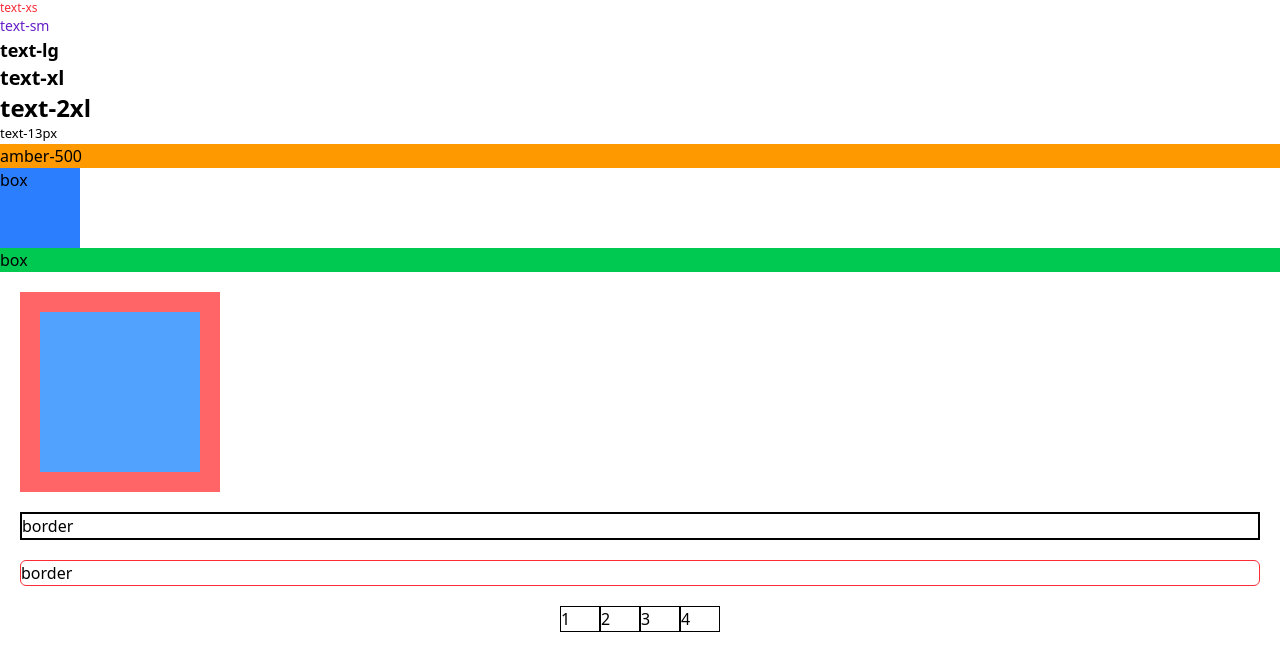
Repository: kkhhjjoo/onebite-tailwind
Page: /
The author's editor kept a copy of each file at every save. The page is drawn from the files as they stood at one save, then again after the next save.
The browser window is 1280 px wide. The pictures show the whole page.
The project was rebuilt for these pictures with package versions that can differ from the ones it lists, and the page was loaded fresh each time. Also part of the build but not shown: vite.config.ts, src/App.css.

Above is the page before, as saved 2025-12-24 20:03:24.

### src/main.tsx
import { createRoot } from 'react-dom/client'
import './index.css'
import App from './App.tsx'

createRoot(document.getElementById('root')!).render(<App />);

### src/App.tsx
import "./App.css";

function App() {
  return (
    <div>
      {/* 1. 타이포그래프 */}
      <div className="text-xs text-red-500">text-xs</div>
      <div className="text-sm text-[rgb(100,30,200)]">text-sm</div>
      <div className="text-lg font-bold">text-lg</div>
      <div className="text-xl font-extrabold">text-xl</div>
      <div className="text-2xl font-black">text-2xl</div>
      <div className="text-[13px]">text-13px</div>

      {/* 2. 백그라운드 컬러 */}
      <div className="bg-amber-500">amber-500</div>

      {/* 3. 사이즈 */}
      <div className="h-20 w-20 bg-blue-500">box</div>
      <div className="w-full bg-green-500">box</div>

      {/* 4. 여백 */}
      {/* <div className="h-50 w-50 bg-red-400 pt-5 pr-5 pb-5 pl-5"> */}
      <div className="m-5 h-50 w-50 bg-red-400 px-5 py-5">
        <div className="h-full w-full bg-blue-400"></div>
      </div>

      {/* 5. 보더 */}
      <div className="m-5 border-x-2 border-y-2">border</div>
      <div className="m-5 rounded-md border-t border-r border-b border-l border-red-500">
        border
      </div>

      {/* 6. 플렉스 컨테이너 */}
      <div className="flex justify-center">
        <div className="w-10 border">1</div>
        <div className="w-10 border">2</div>
        <div className="w-10 border">3</div>
        <div className="w-10 border">4</div>
      </div>
    </div>
  );
}

export default App;

Loaded but not shown: index.html (common file); src/index.css (common file)

After the next save:
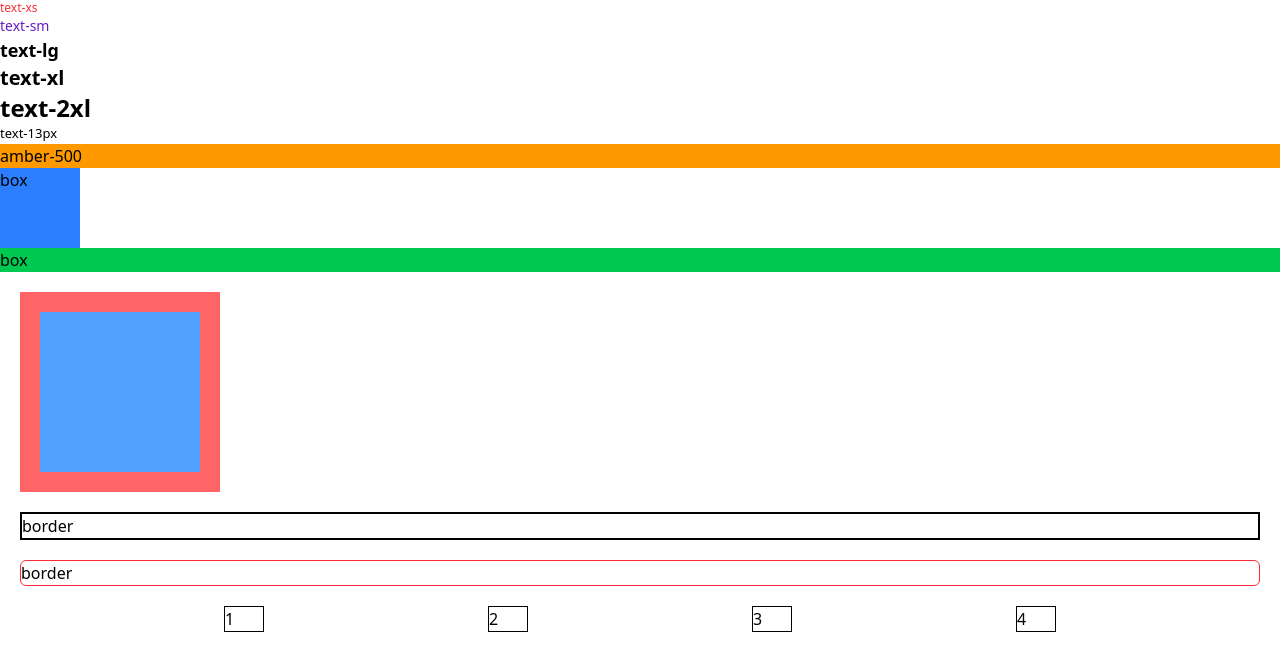
Saved 15 s later.
--- a/src/App.tsx
+++ b/src/App.tsx
@@ -31,7 +31,7 @@ function App() {
       </div>
 
       {/* 6. 플렉스 컨테이너 */}
-      <div className="flex justify-center">
+      <div className="flex justify-evenly">
         <div className="w-10 border">1</div>
         <div className="w-10 border">2</div>
         <div className="w-10 border">3</div>
